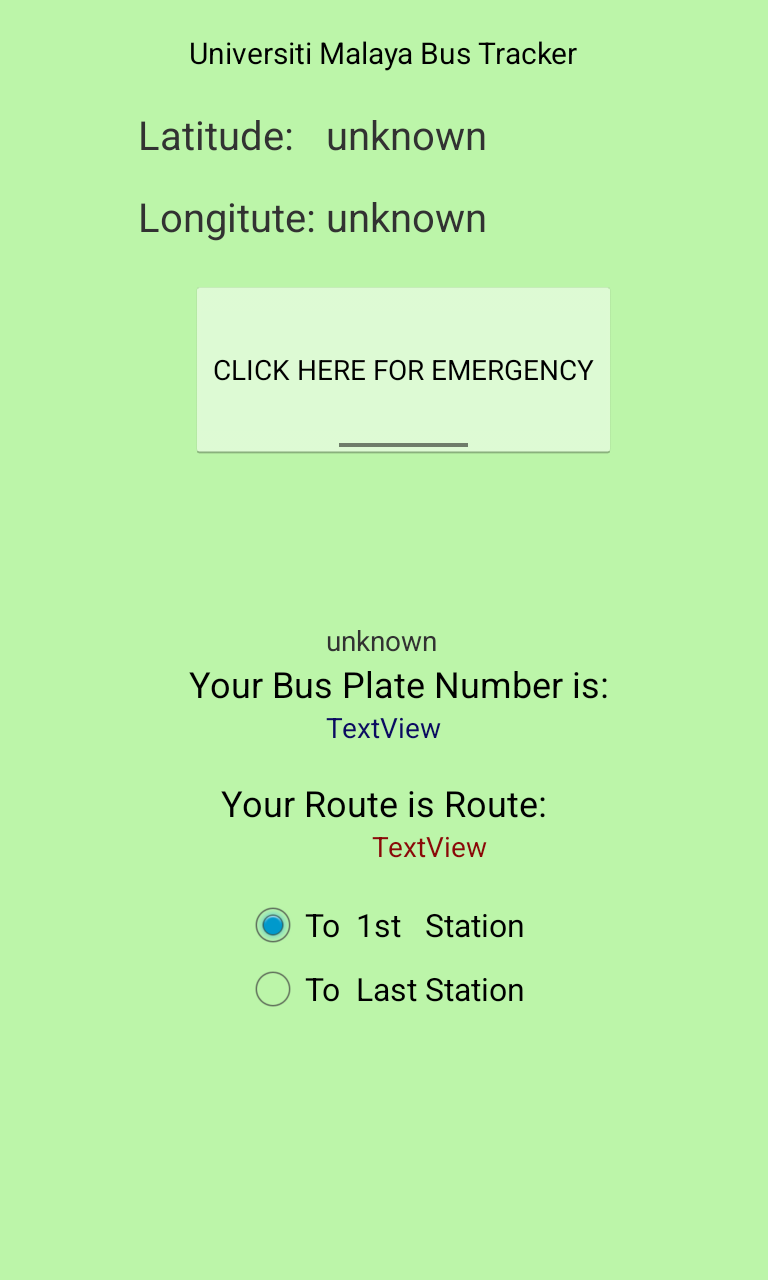
Repository: patheon17/myrepo2
Layout: workspace/UMBusTracker/res/layout/activity_main.xml
The author's editor kept a copy of each file at every save. The layout is drawn from the files as they stood at one save, then again after the next save.
It is drawn on a 768 x 1280 px phone screen (xhdpi) without system bars, with theme AppTheme; the app's code is not run.

Above is the layout before, as saved 2013-10-01 11:24:47.

### workspace/UMBusTracker/res/layout/activity_main.xml
<RelativeLayout xmlns:android="http://schemas.android.com/apk/res/android"
    xmlns:tools="http://schemas.android.com/tools"
    android:layout_width="match_parent"
    android:layout_height="match_parent"
    android:background="@color/appbackground"
    android:paddingBottom="@dimen/activity_vertical_margin"
    android:paddingLeft="@dimen/activity_horizontal_margin"
    android:paddingRight="@dimen/activity_horizontal_margin"
    android:paddingTop="@dimen/activity_vertical_margin"
    tools:context=".MainActivity" >

    <TextView
        android:id="@+id/textView1"
        android:layout_width="wrap_content"
        android:layout_height="wrap_content"
        android:layout_below="@+id/textView2"
        android:layout_centerHorizontal="true"
        android:text="TextView"
        android:textColor="#0B0B61" />

    <TextView
        android:id="@+id/TextView04"
        android:layout_width="wrap_content"
        android:layout_height="wrap_content"
        android:layout_alignLeft="@+id/TextView02"
        android:layout_below="@+id/TextView02"
        android:layout_marginTop="14dp"
        android:text="unknown"
        android:textSize="20dip" />

    <TextView
        android:id="@+id/title"
        android:layout_width="wrap_content"
        android:layout_height="wrap_content"
        android:layout_alignParentTop="true"
        android:layout_centerHorizontal="true"
        android:text="@string/Apptitle"
        android:textAppearance="?android:attr/textAppearanceLarge"
        android:textSize="@dimen/titlesize" />

    <TextView
        android:id="@+id/TextView02"
        android:layout_width="wrap_content"
        android:layout_height="wrap_content"
        android:layout_alignBaseline="@+id/TextView01"
        android:layout_alignBottom="@+id/TextView01"
        android:layout_alignLeft="@+id/providerlist"
        android:text="unknown"
        android:textSize="20dip" />

    <TextView
        android:id="@+id/TextView03"
        android:layout_width="wrap_content"
        android:layout_height="wrap_content"
        android:layout_above="@+id/toggleButton1"
        android:layout_toLeftOf="@+id/TextView04"
        android:text="Longitute: "
        android:textSize="20dip" />

    <TextView
        android:id="@+id/TextView01"
        android:layout_width="wrap_content"
        android:layout_height="wrap_content"
        android:layout_alignLeft="@+id/TextView03"
        android:layout_below="@+id/title"
        android:layout_marginTop="17dp"
        android:text="Latitude: "
        android:textSize="20dip" />

    <TextView
        android:id="@+id/textView3"
        android:layout_width="wrap_content"
        android:layout_height="wrap_content"
        android:layout_below="@+id/textView1"
        android:layout_centerHorizontal="true"
        android:layout_marginTop="16dp"
        android:text="Your Route is Route:"
        android:textAppearance="?android:attr/textAppearanceMedium" />

    <ToggleButton
        android:id="@+id/toggleButton1"
        android:layout_width="wrap_content"
        android:layout_height="90sp"
        android:layout_alignLeft="@+id/textView2"
        android:layout_below="@+id/TextView04"
        android:layout_marginTop="18dp"
        android:text="ToggleButton"
        android:textOff="CLICK HERE FOR EMERGENCY"
        android:textOn="EMERGENCY!!, Click again to deactivate" />

    <RadioGroup
        android:id="@+id/radiostopsdir"
        android:layout_width="wrap_content"
        android:layout_height="wrap_content"
        android:layout_below="@+id/textView4"
        android:layout_centerHorizontal="true"
        android:layout_marginTop="14dp" >

        <RadioButton
            android:id="@+id/radiotofirst"
            android:layout_width="wrap_content"
            android:layout_height="wrap_content"
            android:checked="true"
            android:text="To  1st   Station" />

        <RadioButton
            android:id="@+id/radiotolast"
            android:layout_width="wrap_content"
            android:layout_height="wrap_content"
            android:text="To  Last Station" />
    </RadioGroup>

    <TextView
        android:id="@+id/textView2"
        android:layout_width="wrap_content"
        android:layout_height="wrap_content"
        android:layout_alignLeft="@+id/title"
        android:layout_below="@+id/providerlist"
        android:text="Your Bus Plate Number is:"
        android:textAppearance="?android:attr/textAppearanceMedium" />

    <TextView
        android:id="@+id/providerlist"
        android:layout_width="wrap_content"
        android:layout_height="wrap_content"
        android:layout_alignLeft="@+id/textView1"
        android:layout_centerVertical="true"
        android:text="@string/providerslist"
        android:textAppearance="?android:attr/textAppearanceSmall" />

    <TextView
        android:id="@+id/textView4"
        android:layout_width="wrap_content"
        android:layout_height="wrap_content"
        android:layout_alignRight="@+id/TextView04"
        android:layout_below="@+id/textView3"
        android:text="TextView"
        android:textColor="#8A0808" />

</RelativeLayout>

### workspace/UMBusTracker/res/values/styles.xml
<resources>

    <!--
        Base application theme, dependent on API level. This theme is replaced
        by AppBaseTheme from res/values-vXX/styles.xml on newer devices.
    -->
    <style name="AppBaseTheme" parent="android:Theme.Light">
        <!--
            Theme customizations available in newer API levels can go in
            res/values-vXX/styles.xml, while customizations related to
            backward-compatibility can go here.
        -->
    </style>

    <!-- Application theme. -->
    <style name="AppTheme" parent="AppBaseTheme">
        <!-- All customizations that are NOT specific to a particular API-level can go here. -->
    </style>
    <color name="appbackground">#BCF5A9</color>

</resources>

### workspace/UMBusTracker/res/values/dimens.xml
<resources>

    <!-- Default screen margins, per the Android Design guidelines. -->
    <dimen name="activity_horizontal_margin">16dp</dimen>
    <dimen name="activity_vertical_margin">16dp</dimen>
    <dimen name="titlesize">15dp</dimen>

</resources>

### workspace/UMBusTracker/res/values/strings.xml
<?xml version="1.0" encoding="utf-8"?>
<resources>

    <string name="app_name">UM Bus Tracker</string>
    <string name="action_settings">Settings</string>
    <string name="hello_world">Hello world!</string>
    <string name="Apptitle">Universiti Malaya Bus Tracker</string>
    <string name="button1">Get GPS</string>
    <string name="providerstatus">unknown</string>
    <string name="providerslist">unknown</string>
    <string name="gpsstatus">Current GPS status :</string>
    <string name="locprov1">Location Provider</string>
    <string name="network">Network location</string>
    <string name="title_activity_set_plate_num">SetPlateNum</string>

</resources>

Loaded but not shown: workspace/UMBusTracker/res/values-v11/styles.xml (common file); workspace/UMBusTracker/res/values-v14/styles.xml (common file)

After the next save:
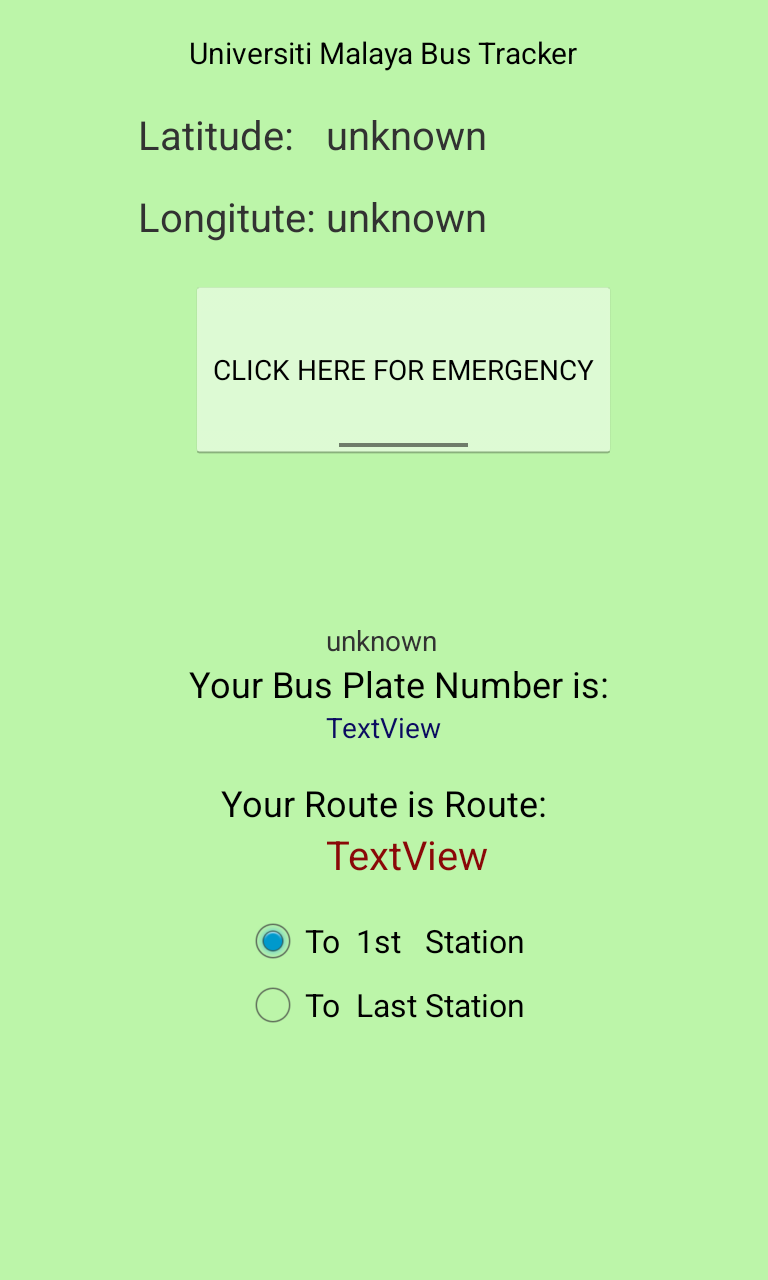
Saved 45 s later.
--- a/workspace/UMBusTracker/res/layout/activity_main.xml
+++ b/workspace/UMBusTracker/res/layout/activity_main.xml
@@ -77,6 +77,16 @@
         android:text="Your Route is Route:"
         android:textAppearance="?android:attr/textAppearanceMedium" />
 
+    <TextView
+        android:id="@+id/textView4"
+        android:layout_width="wrap_content"
+        android:layout_height="wrap_content"
+        android:layout_alignLeft="@+id/textView1"
+        android:layout_below="@+id/textView3"
+        android:text="TextView"
+        android:textSize="20dip"
+        android:textColor="#8A0808" />
+
     <ToggleButton
         android:id="@+id/toggleButton1"
         android:layout_width="wrap_content"
@@ -128,13 +138,4 @@
         android:text="@string/providerslist"
         android:textAppearance="?android:attr/textAppearanceSmall" />
 
-    <TextView
-        android:id="@+id/textView4"
-        android:layout_width="wrap_content"
-        android:layout_height="wrap_content"
-        android:layout_alignRight="@+id/TextView04"
-        android:layout_below="@+id/textView3"
-        android:text="TextView"
-        android:textColor="#8A0808" />
-
 </RelativeLayout>
